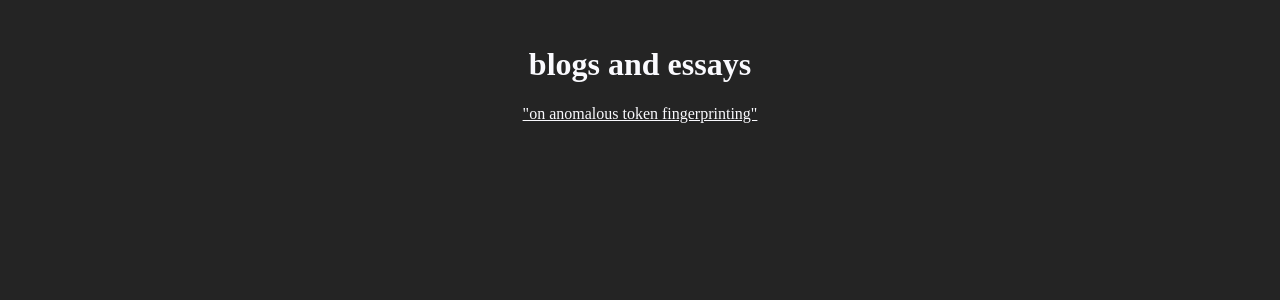
Repository: yellowspots/geneweb
Page: blogsandessays.html
An editor plug-in stored every save of this project. The page is shown before and after the next save, followed by the edit.
The browser window is 1280 px wide. The pictures show the whole page.

Above is the page before, as saved 2024-05-03 00:08:23.

### blogsandessays.html
<!DOCTYPE html>
<html>
<head>
    <title>blogs and essays</title>
    <link rel="stylesheet" type="text/css" href="styles.css">
</head>
<body>
    <h1>blogs and essays</h1>
        <a href="https://medium.com/@yerbymatey/on-anomalous-token-fingerprinting-the-gpt-4-5-hypetrain-and-reading-between-the-lines-26c5d2c9e88b">"on anomalous token fingerprinting"</a>

</body>
<footer>

    </button>
</footer>
</html>

### styles.css
body {
    background: rgb(36, 36, 36);
    text-align: center;
    margin: 0;
    padding: 25px;
}

#worldmap {
    margin: 20px;
}

#worldmap svg {
    background: rgba(68, 71, 72, 0.4);
    border-radius: 200px;
    box-shadow: 0 0 10px rgba(0, 0, 0, 0.4);
}

.land {
    fill: rgba(143, 142, 142, 0.94);
}

#globesarecool {
    color: #855982;
}

h1, h2, a, p {
    color: rgb(250, 250, 254);
}

.my-button {
    background-color: #656161;
    color: #333333;
    border: none;
    padding: 10px 20px;
    text-align: center;
    text-decoration: none;
    display: inline-block;
    font-size: 16px;
    cursor: pointer;
    border-radius: 4px;
    margin-bottom: 10px;
    max-width: 200px;
    width: 100%;
    max-height: 60px;
    overflow: hidden;
}

.home-button {
    width: auto;
    max-width: 160px;
    border: none;
    background-color: grey;
    box-sizing: border-box;
    white-space: nowrap;
    overflow: hidden;
    text-overflow: ellipsis;
}


@media only screen and (max-width: 600px) {
    .my-button {
        flex-direction: row !important;
        flex-wrap: wrap;
        justify-content: center;
    }
}


@media only screen and (max-width: 600px) {
    h2, #globesarecool {
        font-size: 4vw; /* Reduce font size on smaller screens */
    }
}

After the next save:
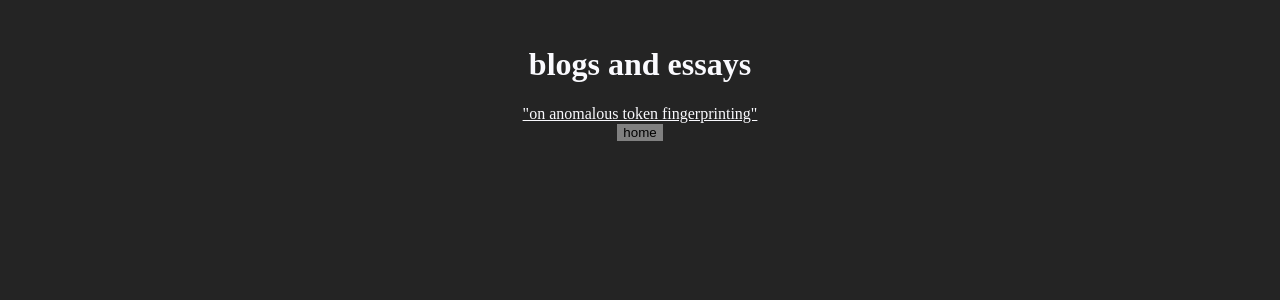
Saved 77 s later.
--- a/blogsandessays.html
+++ b/blogsandessays.html
@@ -10,7 +10,8 @@
 
 </body>
 <footer>
-
+    <button class="home-button" onclick="window.location.href='index.html'">
+        <span>home</span>
     </button>
 </footer>
 </html>
